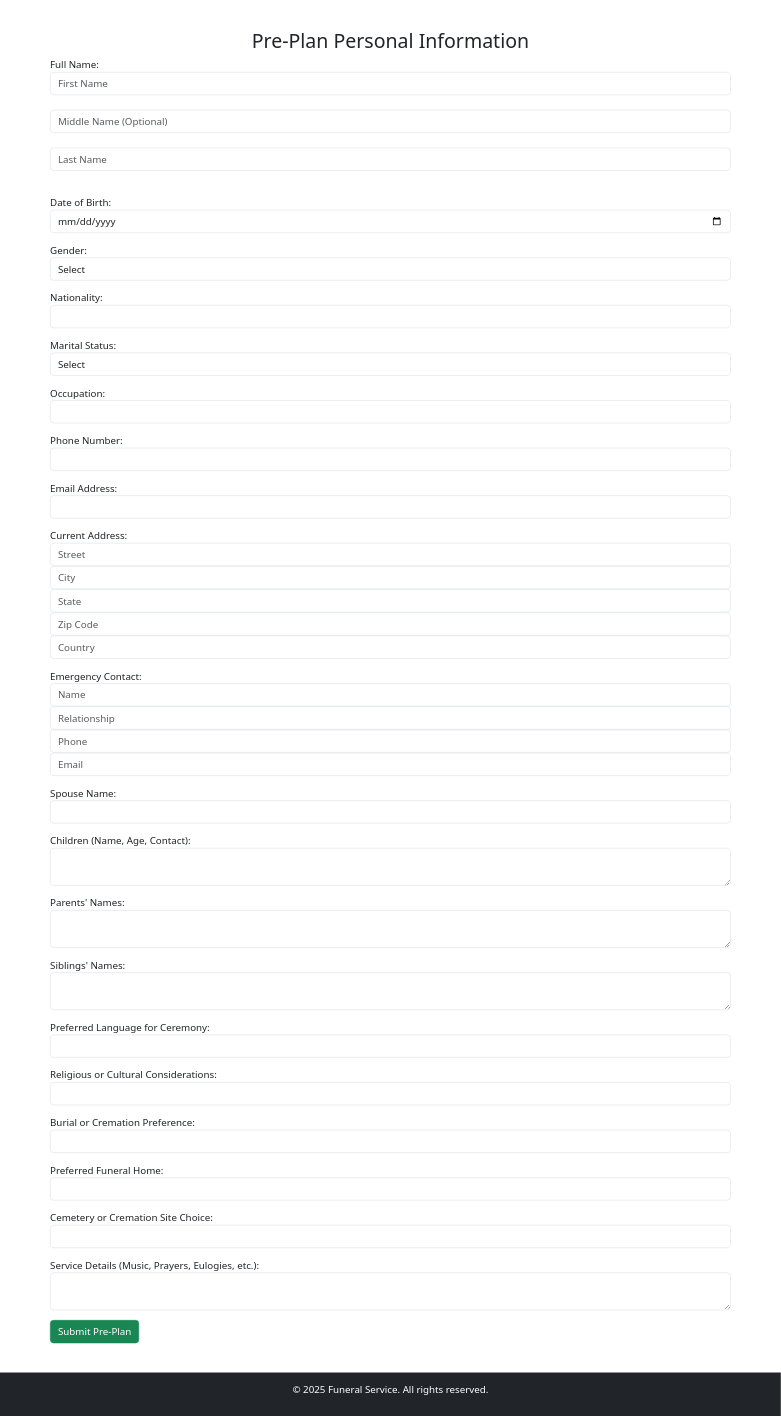
Repository: Jamil-cyber-hash/INSANITY
Page: http://localhost/submit_preplan.php
An editor plug-in stored every save of this project. The page is shown before and after the next save, followed by the edit.
The browser window is 1280 px wide. The pictures show the whole page, at 61% of full size.
The page is run by PHP 8.4 with error messages shown; the project is at /var/www/html/.

Above is the page before, as saved 2025-03-23 18:12:56.

### submit_preplan.php
<!DOCTYPE html>
<html lang="en">
<head>
    <meta charset="UTF-8">
    <meta name="viewport" content="width=device-width, initial-scale=1.0">
    <title>Pre-Plan Form</title>
    <link href="https://cdn.jsdelivr.net/npm/bootstrap@5.3.3/dist/css/bootstrap.min.css" rel="stylesheet">
</head>
<body>
    <div class="container mt-5">
        <h2 class="text-center">Pre-Plan Personal Information</h2>
        <form action="submit_preplan.php" method="POST">
            <!-- Personal Info -->
            <div class="mb-3">
                <label>Full Name:</label>
                <input type="text" name="first_name" class="form-control" placeholder="First Name" required>
                <br>
                <input type="text" name="middle_name" class="form-control" placeholder="Middle Name (Optional)">
                <br>
                <input type="text" name="last_name" class="form-control" placeholder="Last Name" required>
                <br>
            </div>

            <div class="mb-3">
                <label>Date of Birth:</label>
                <input type="date" name="dob" class="form-control" required>
            </div>

            <div class="mb-3">
                <label>Gender:</label>
                <select name="gender" class="form-control" required>
                    <option value="">Select</option>
                    <option value="Male">Male</option>
                    <option value="Female">Female</option>
                    <option value="Other">Other</option>
                </select>
            </div>

            <div class="mb-3">
                <label>Nationality:</label>
                <input type="text" name="nationality" class="form-control" required>
            </div>

            <div class="mb-3">
                <label>Marital Status:</label>
                <select name="marital_status" class="form-control">
                    <option value="">Select</option>
                    <option value="Single">Single</option>
                    <option value="Married">Married</option>
                    <option value="Widowed">Widowed</option>
                    <option value="Divorced">Divorced</option>
                </select>
            </div>

            <div class="mb-3">
                <label>Occupation:</label>
                <input type="text" name="occupation" class="form-control">
            </div>

            <div class="mb-3">
                <label>Phone Number:</label>
                <input type="text" name="phone" class="form-control" required>
            </div>

            <div class="mb-3">
                <label>Email Address:</label>
                <input type="email" name="email" class="form-control" required>
            </div>

            <div class="mb-3">
                <label>Current Address:</label>
                <input type="text" name="street" class="form-control" placeholder="Street">
                <input type="text" name="city" class="form-control" placeholder="City">
                <input type="text" name="state" class="form-control" placeholder="State">
                <input type="text" name="zip" class="form-control" placeholder="Zip Code">
                <input type="text" name="country" class="form-control" placeholder="Country">
            </div>

            <div class="mb-3">
                <label>Emergency Contact:</label>
                <input type="text" name="emergency_name" class="form-control" placeholder="Name">
                <input type="text" name="emergency_relationship" class="form-control" placeholder="Relationship">
                <input type="text" name="emergency_phone" class="form-control" placeholder="Phone">
                <input type="email" name="emergency_email" class="form-control" placeholder="Email">
            </div>

            <div class="mb-3">
                <label>Spouse Name:</label>
                <input type="text" name="spouse_name" class="form-control">
            </div>

            <div class="mb-3">
                <label>Children (Name, Age, Contact):</label>
                <textarea name="children" class="form-control"></textarea>
            </div>

            <div class="mb-3">
                <label>Parents' Names:</label>
                <textarea name="parents" class="form-control"></textarea>
            </div>

            <div class="mb-3">
                <label>Siblings' Names:</label>
                <textarea name="siblings" class="form-control"></textarea>
            </div>

            <div class="mb-3">
                <label>Preferred Language for Ceremony:</label>
                <input type="text" name="preferred_language" class="form-control">
            </div>

            <div class="mb-3">
                <label>Religious or Cultural Considerations:</label>
                <input type="text" name="religion" class="form-control">
            </div>

            <div class="mb-3">
                <label>Burial or Cremation Preference:</label>
                <input type="text" name="burial_cremation" class="form-control">
            </div>

            <div class="mb-3">
                <label>Preferred Funeral Home:</label>
                <input type="text" name="funeral_home" class="form-control">
            </div>

            <div class="mb-3">
                <label>Cemetery or Cremation Site Choice:</label>
                <input type="text" name="cemetery_site" class="form-control">
            </div>

            <div class="mb-3">
                <label>Service Details (Music, Prayers, Eulogies, etc.):</label>
                <textarea name="service_details" class="form-control"></textarea>
            </div>

            <button type="submit" class="btn btn-success">Submit Pre-Plan</button>
        </form>
    </div>

    <?php
include 'footer.php';
?>
</body>
</html>

### footer.php
<footer class="bg-dark text-white text-center py-3 mt-5">
    <p>&copy; 2025 Funeral Service. All rights reserved.</p>
</footer>

</body>
</html>

### header.php
<!DOCTYPE html>
<html lang="en">
<head>
    <meta charset="UTF-8" />
    <meta name="viewport" content="width=device-width, initial-scale=1.0" />
    <title>Funeral Service</title>

    <link href="https://cdn.jsdelivr.net/npm/bootstrap@5.3.3/dist/css/bootstrap.min.css" rel="stylesheet" integrity="sha384-QWTKZyjpPEjISv5WaRU9OFeRpok6YctnYmDr5pNlyT2bRjXh0JMhjY6hW+ALEwIH" crossorigin="anonymous">
<script src="https://cdn.jsdelivr.net/npm/bootstrap@5.3.3/dist/js/bootstrap.bundle.min.js" integrity="sha384-YvpcrYf0tY3lHB60NNkmXc5s9fDVZLESaAA55NDzOxhy9GkcIdslK1eN7N6jIeHz" crossorigin="anonymous"></script>
<link rel="stylesheet" href="css/pang.css">
<link rel="stylesheet" href="css/form.css">

</head>
<body>

<!-- Header -->
<nav class="navbar navbar-expand-lg navbar-dark bg-dark">
    <div class="container">
        <a class="navbar-brand" href="PANG.php"><img src="imaages\logo.png" alt="" class="logo"><img src="imaages\logo2.png" alt="" class="logo2"></a>


         <button class="navbar-toggler" type="button" data-bs-toggle="collapse" data-bs-target="#navbarNav">
            <span class="navbar-toggler-icon"></span>
        </button>

        <div class="collapse navbar-collapse" id="navbarNav">
            <ul class="navbar-nav ms-auto">
                <!-- Obituaries Dropdown -->
                <li class="nav-item dropdown">
                    <a class="nav-link dropdown-toggle" href="#" id="obituariesDropdown" role="button" data-bs-toggle="dropdown" aria-expanded="false">
                        Obituaries
                    </a>
                    <ul class="dropdown-menu" aria-labelledby="obituariesDropdown">
                        <li><a class="dropdown-item" href="PANG.php#obituaries">Recent Obituaries</a></li>
                        <li><a class="dropdown-item" href="#search">Search Obituaries</a></li>

                    </ul>
                </li>

                <!-- Pre-Plan Dropdown -->
                <li class="nav-item dropdown">
                    <a class="nav-link dropdown-toggle" href="#" id="preplanDropdown" role="button" data-bs-toggle="dropdown" aria-expanded="false">
                        Pre-Plan
                    </a>
                    <ul class="dropdown-menu" aria-labelledby="preplanDropdown">
                        <li><a class="dropdown-item" href="pre-plan.php">Why Pre-Plan?</a></li>
                        <li><a class="dropdown-item" href="submit_preplan.php">Pre-Plan Options</a></li>
                    </ul>
                </li>

                <!-- Services Dropdown -->
                <li class="nav-item dropdown">
                    <a class="nav-link dropdown-toggle" href="services.php" id="servicesDropdown" role="button" data-bs-toggle="dropdown" aria-expanded="false">
                        Services
                    </a>
                    <ul class="dropdown-menu" aria-labelledby="servicesDropdown">
                        <li><a class="dropdown-item" href="burial_services.php">Burial Services</a></li>
                        <li><a class="dropdown-item" href="cremation.php">Cremation Services</a></li>
                        <li><a class="dropdown-item" href="memorial.php">Memorial Planning</a></li>
                    </ul>
                </li>

                <!-- Resources Dropdown -->
                <li class="nav-item dropdown">
                    <a class="nav-link dropdown-toggle" href="#" id="resourcesDropdown" role="button" data-bs-toggle="dropdown" aria-expanded="false">
                        Resources
                    </a>
                    <ul class="dropdown-menu" aria-labelledby="resourcesDropdown">
                        <li><a class="dropdown-item" href="grief_support.php">Grief Support</a></li>
                        <li><a class="dropdown-item" href="faq.php">FAQs</a></li>
                    </ul>
                </li>

                <!-- Inquiry Link -->
                <li class="nav-item">
                    <a class="nav-link" href="#inquiry">Inquiry</a>
                </li>

                <!-- Contact Link -->
                <li class="nav-item">
                    <a class="nav-link" href="#contact">Contact</a>
                </li>
            </ul>
        </div>
    </div>
</nav>

### css/pang.css

.carousel-item img {
    width: 100%;
    height: 600px;
    object-fit: cover;
}
.logo{
    height: 100px;
    width: auto;
    object-fit: contain;

}
.logo2{
    height: 100px;
    width: auto;
    object-fit: contain;

}
.map1{
    align-items: center;
    justify-content: center;
    text-align: center;
}
.map2{
    align-items: center;
    justify-content: center;
    text-align: center;
}
.navbar-nav .dropdown .dropdown-menu {
    display: block;
    opacity: 0;
    visibility: hidden;
    transition: opacity 0.3s ease, transform 0.3s ease;
    transform: translateY(-10px);
}

.navbar-nav .dropdown:hover .dropdown-menu {
    opacity: 1;
    visibility: visible;
    transform: translateY(0);
}

### css/form.css
#sender_email {
    border: 1px solid #ced4da;
    transition: border-color 0.2s ease-in-out;
}

/* Red border when invalid */
#sender_email.invalid {
    border-color: #dc3545;
}

/* Optional: Green border when valid */
#sender_email.valid {
    border-color: #28a745;
}

After the next save:
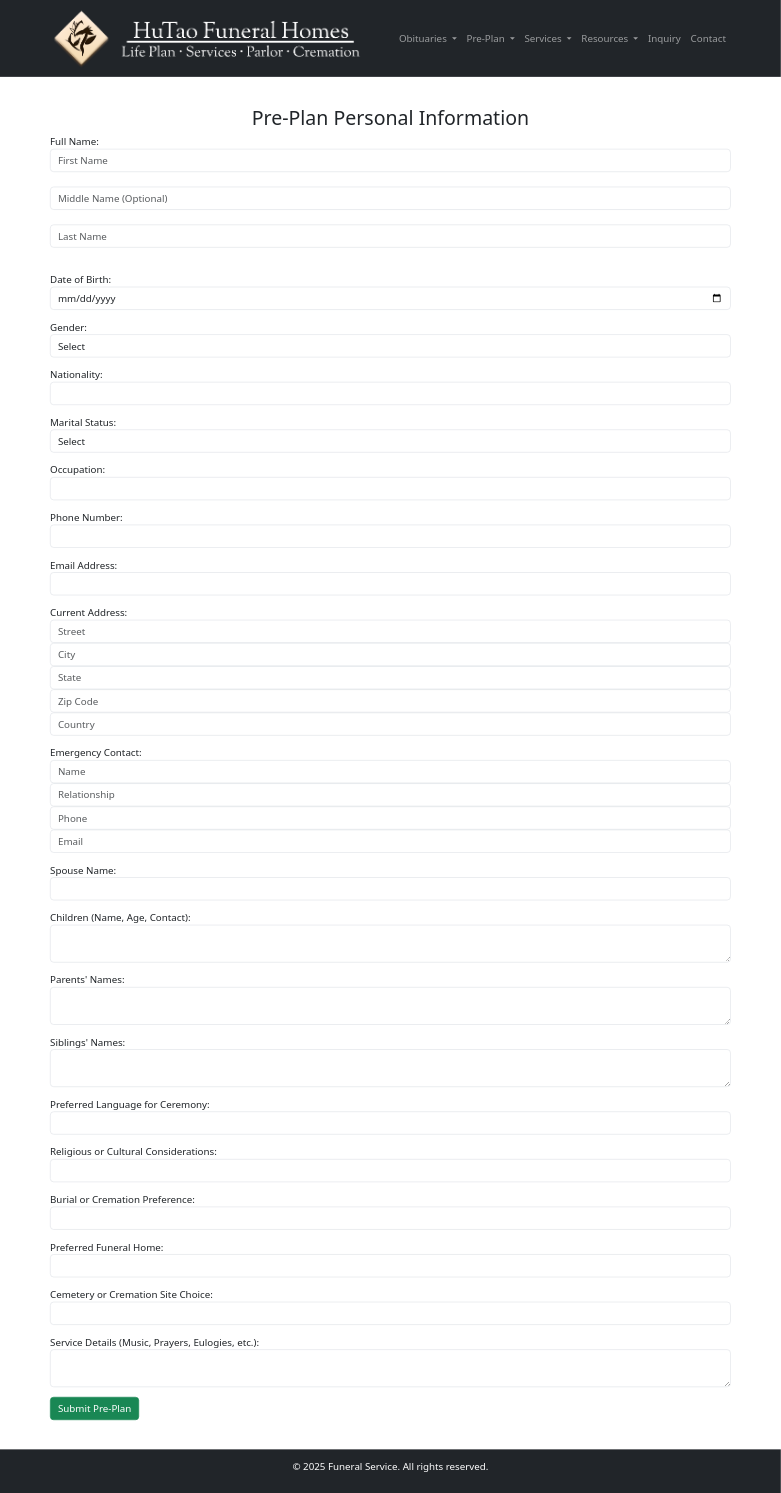
Saved 46 s later.
--- a/submit_preplan.php
+++ b/submit_preplan.php
@@ -7,6 +7,11 @@
     <link href="https://cdn.jsdelivr.net/npm/bootstrap@5.3.3/dist/css/bootstrap.min.css" rel="stylesheet">
 </head>
 <body>
+
+
+
+<?php include 'header.php'; ?>
+
     <div class="container mt-5">
         <h2 class="text-center">Pre-Plan Personal Information</h2>
         <form action="submit_preplan.php" method="POST">
